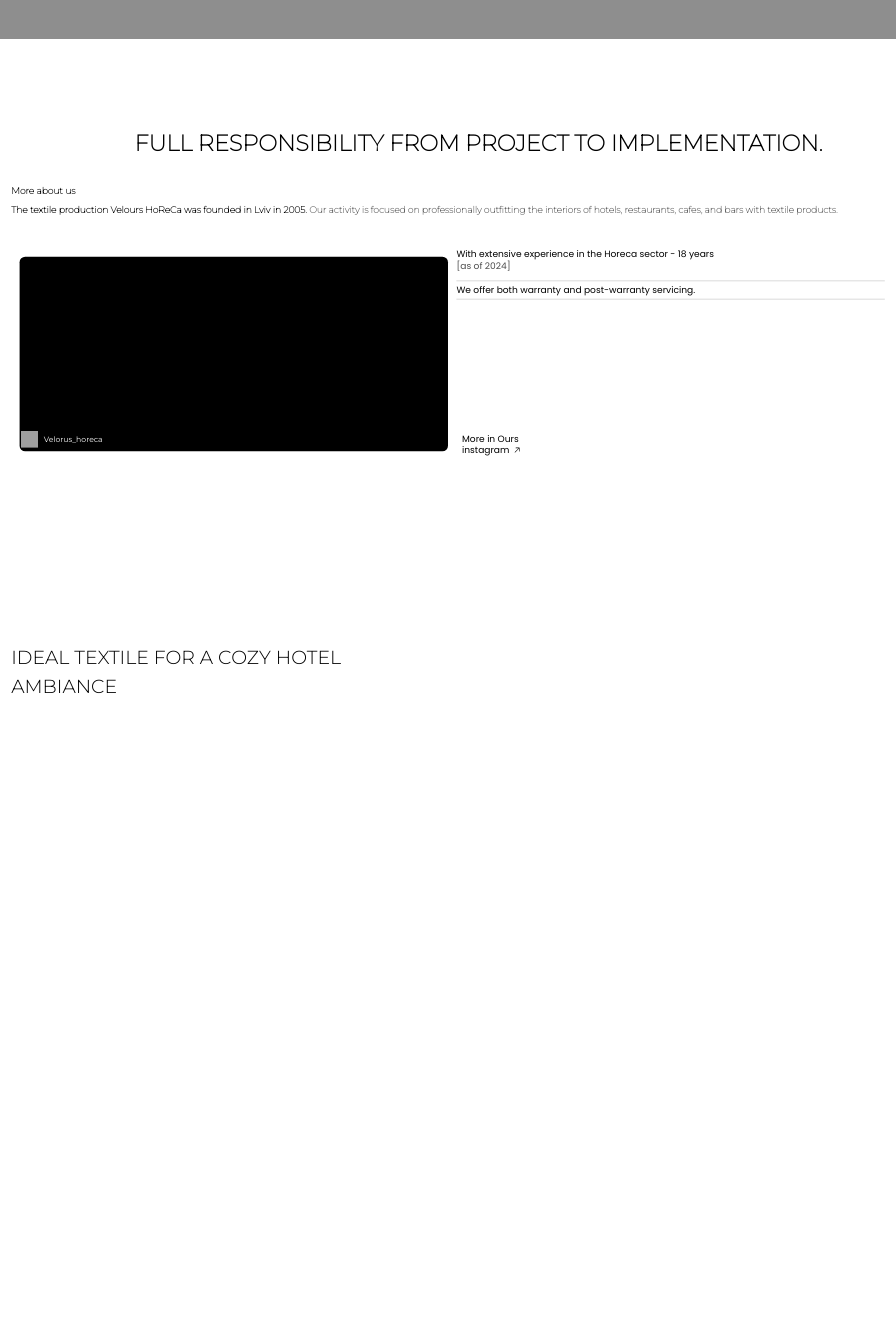
Repository: nikhilsinghrathore1/Shery_02
Page: /
These files come from the project's save history. The page is drawn as it stood at one moment and after the next save; the edit follows.
The browser window is 1280 px wide. The pictures show the part of the page from y = 2824 to 4744 px (the page is 5544 px tall), at 70% of full size.
Pictures or frames that could not be fetched are drawn as grey boxes. The project was rebuilt for these pictures with package versions that can differ from the ones it lists, and the page was loaded fresh each time. Also part of the build but not shown: vite.config.js.

Above is the page before, as saved 2024-07-18 03:06:29.

After the next save:
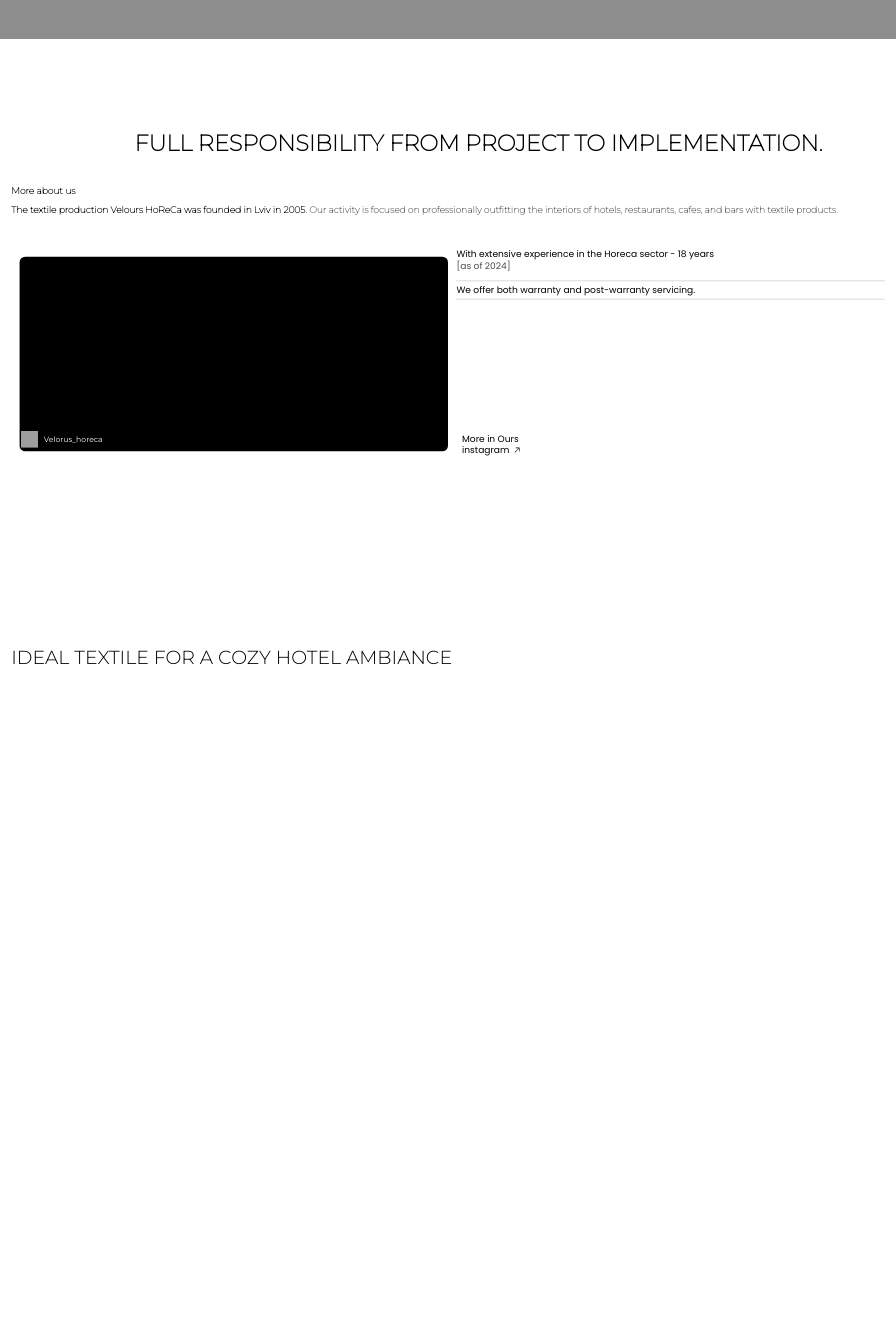
Saved 4 s later.
--- a/src/pages/Landing.jsx
+++ b/src/pages/Landing.jsx
@@ -55,7 +55,7 @@ const Landing = () => {
                </div>
 
                <div className='w-full h-[250vh] px-4'>
-                              <div className=' uppercase text-[27px] w-[50%] f1 font-light '>
+                              <div className=' uppercase text-[27px] w-[70%] f1 font-light '>
                                              <p>ideal textile for a cozy hotel ambiance</p>
                               </div>
                </div>
